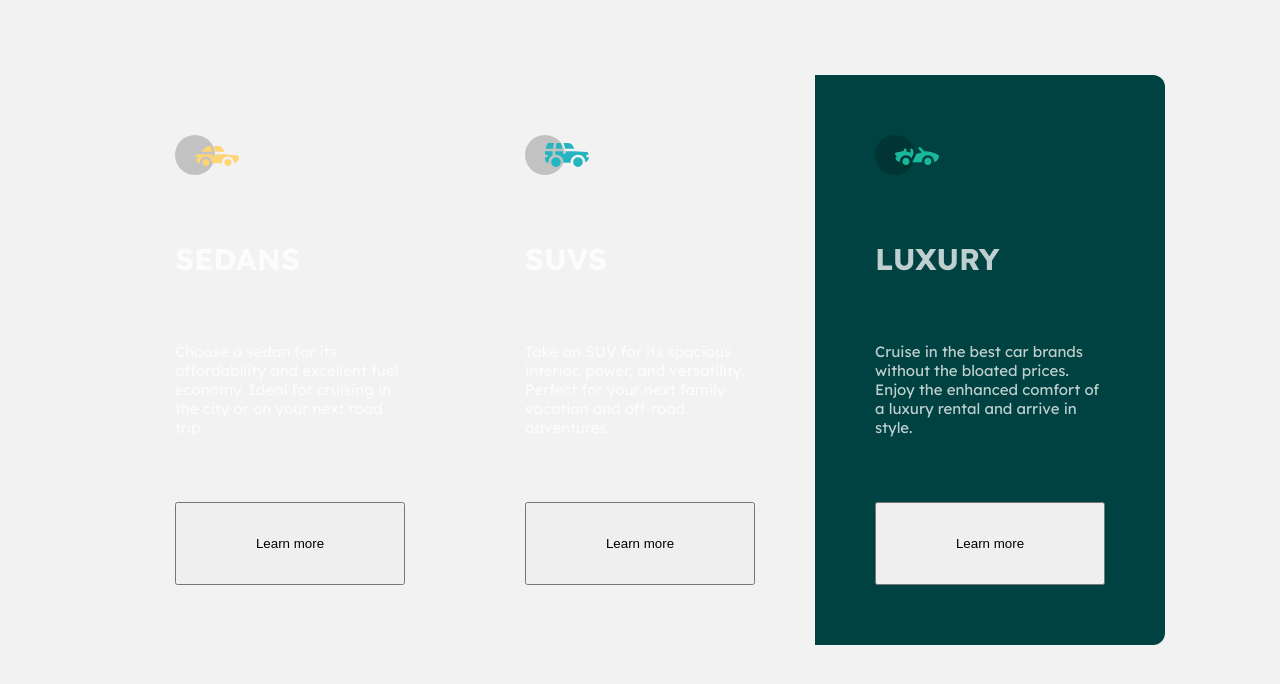
Repository: Pawan-pediredla/frontend-mentors
Page: 3-column-preview-card-component/3-column-preview-card-component-main/markup/index.html
The author's editor kept a copy of each file at every save. The page is drawn from the files as they stood at one save, then again after the next save.
The browser window is 1280 px wide. The pictures show the whole page.
Some web fonts or font styles are not loaded; a fallback is used.

Above is the page before, as saved 2024-06-22 13:13:38.

After the next save:
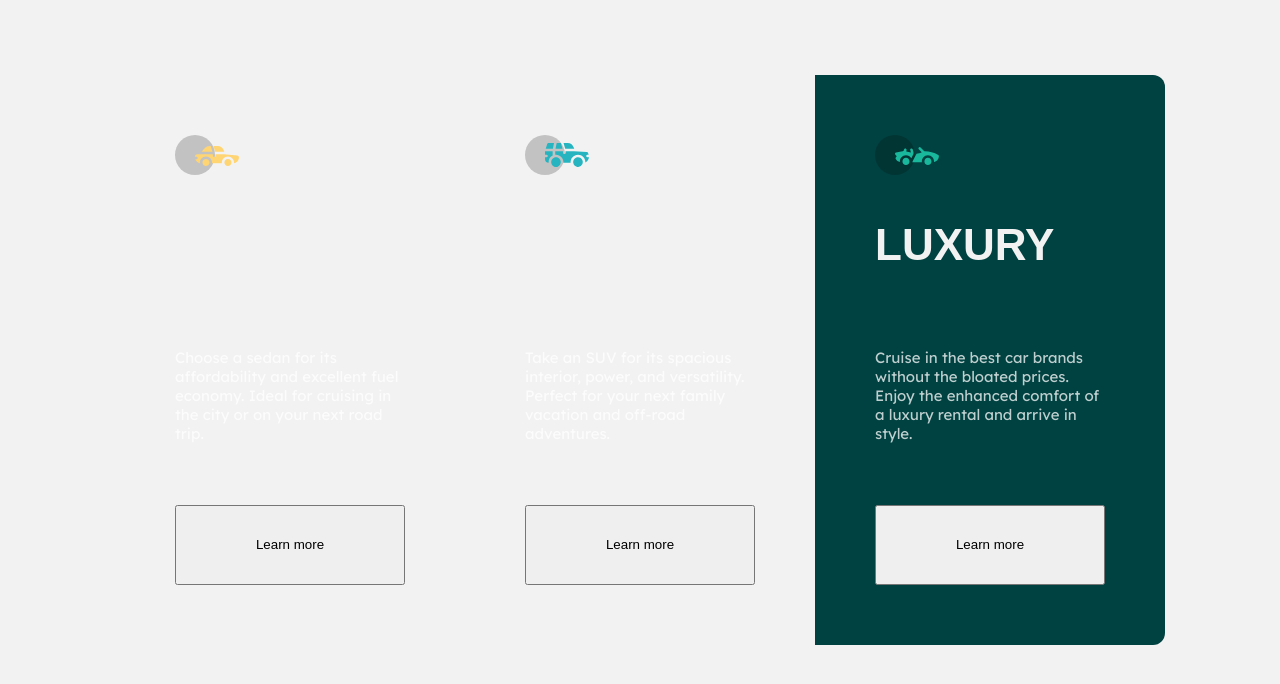
Saved 98 s later.
--- a/3-column-preview-card-component/3-column-preview-card-component-main/styling/index.css
+++ b/3-column-preview-card-component/3-column-preview-card-component-main/styling/index.css
@@ -56,3 +56,10 @@
     background-color:  var(--Very-dark-cyan);
     border-radius: 0 12px 12px 0;
 }
+h1 {
+    font-family: 'Big Shoulder Display', sans-serif;
+    text-transform: uppercase;
+    font-size: 44px;
+    color: var(--Very-light-gray-background-headings-buttons);
+    transform: translate(0, -15%);
+}
